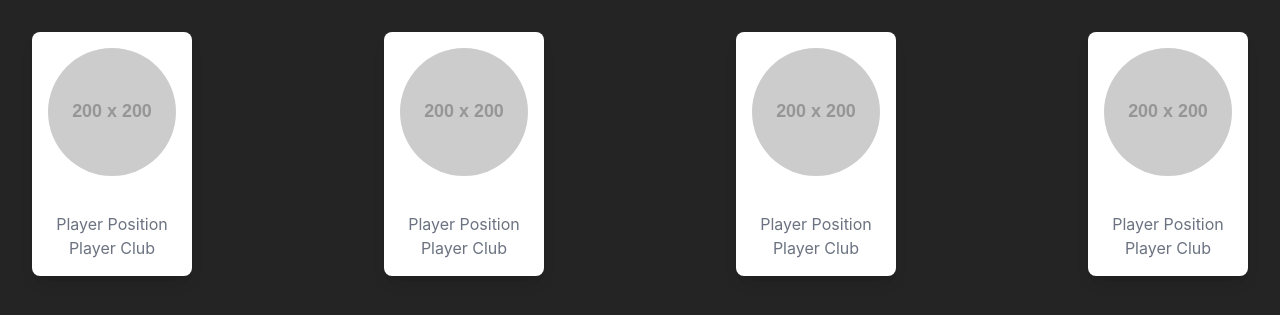
Repository: Hadra92i/movies-search-app
Page: /
These files come from the project's save history. The page is drawn as it stood at one moment and after a run of saves; the edit follows.
The browser window is 1280 px wide. The pictures show the whole page.
The project was rebuilt for these pictures with package versions that can differ from the ones it lists, and the page was loaded fresh each time. Also part of the build but not shown: vite.config.js.

Above is the page before, as saved 2023-11-01 11:57:43.

### index.html
<!doctype html>
<html lang="en">
  <head>
    <meta charset="UTF-8" />
    <link rel="icon" type="image/svg+xml" href="/vite.svg" />
    <meta name="viewport" content="width=device-width, initial-scale=1.0" />
    <title>Players SearchApp</title>
  </head>
  <body>
    <div id="root"></div>
    <script type="module" src="/src/main.jsx"></script>
  </body>
</html>

### src/main.jsx
import ReactDOM from 'react-dom/client'
import App from './App.jsx'
import './index.css'
import { Provider } from 'react-redux'
import { store } from './redux/store.js'

ReactDOM.createRoot(document.getElementById('root')).render(
  <Provider store={store}>
    <App />
  </Provider>,
)

### src/App.jsx

import './App.css'
import Players from './components/player/Players'

function App() {

  return (
    <>
      <Players/>
    </>
  )
}

export default App

### src/index.css
:root {
  font-family: Inter, system-ui, Avenir, Helvetica, Arial, sans-serif;
  line-height: 1.5;
  font-weight: 400;

  color-scheme: light dark;
  color: rgba(255, 255, 255, 0.87);
  background-color: #242424;

  font-synthesis: none;
  text-rendering: optimizeLegibility;
  -webkit-font-smoothing: antialiased;
  -moz-osx-font-smoothing: grayscale;
  -webkit-text-size-adjust: 100%;
}

@tailwind base;
@tailwind components;
@tailwind utilities;

### src/redux/store.js
import { configureStore } from "@reduxjs/toolkit";
import playerReducer from "./features/playerSlice";

export const store = configureStore({
    reducer: {
        player: playerReducer,
    },
    devTools: true,
});

### src/components/player/Players.jsx
// eslint-disable-next-line no-unused-vars
import React from "react";
import PlayerCard from "./PlayerCard";

const Players = () => {
    const players = [
        { name: "John", age: 25, cardPlayer: true, id: 1 },
        { name: "Jane", age: 30, cardPlayer: false, id: 2 },
        { name: "Bob", age: 20, cardPlayer: true, id: 3 },
        { name: "Mary", age: 27, cardPlayer: false, id: 4 }
    ];

    return (
        <div className="flex justify-between items-center">
             {
                players.map(player => {
                    return <PlayerCard
                    key={player.id}
                    name={player.name}
                    age={player.age}
                    />
                })
             }
        </div>
    );
}

export default Players;

### src/redux/features/playerSlice.js
import { createAsyncThunk, createSlice } from "@reduxjs/toolkit";
import PlayerService from "../../services/playerService";

const initialState = [];

export const getAllPlayers = createAsyncThunk(
    "players/getAllPlayers",
    async () => {
        const response = await PlayerService.getAllPlayers();
        return response.data;
    }
);

export const playerSlice = createSlice({
    name: "player",
    initialState,
    reducers: {},
    extraReducers: {
        [getAllPlayers.fulfilled]: (state, action) => {
            return [...action.payload];
        },
    },
});

export default playerSlice.reducer;

### src/components/player/PlayerCard.jsx
// eslint-disable-next-line no-unused-vars
import React from "react";

const PlayerCard = () => {
    return (
        <div className="bg-white rounded-lg shadow-lg p-4">
            <img
                className="w-32 h-32 rounded-full mx-auto"
                src="https://via.placeholder.com/200"
                alt="Player Avatar"
            />
            <div className="text-center mt-2">
                <h3 className="text-lg font-medium">Player Name</h3>
                <p className="text-gray-500">Player Position</p>
                <p className="text-gray-500">Player Club</p>
            </div>
        </div>
    );
};

export default PlayerCard;

### src/services/playerService.js
// eslint-disable-next-line no-unused-vars
import axiosObj from "../http-common";

const getAllPlayers = () => {
    return axiosObj.get("/players");
};

const PlayerService = {
    getAllPlayers,
};

export default PlayerService;

### src/http-common.js
import axios from "axios";

const API_KEY = "9d2758a612msh2661c98a1972a2cp155232jsn62f754d1238a";
const BASE_URL = "https://api-football-v1.p.rapidapi.com/v3";

const axiosObj = axios.create({
    baseURL: BASE_URL,
    headers: {
        "x-rapidapi-key": API_KEY,
        "x-rapidapi-host": "api-football-v1.p.rapidapi.com",
    },
});

export default axiosObj;

Loaded but not shown: src/App.css (common file); tailwind.config.js (common file)

After the next 4 saves:
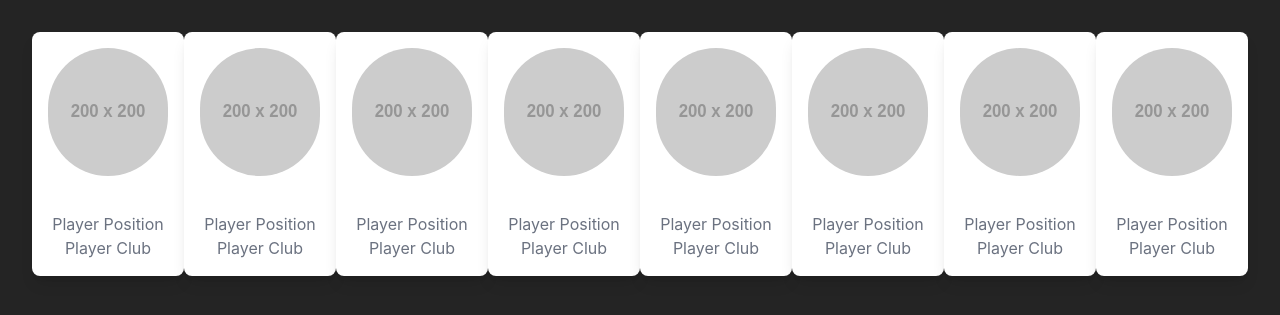
The 4 saves are shown as one change because 1 did not build or start and some came seconds apart.
The last was saved 21 s later.
--- a/src/components/player/Players.jsx
+++ b/src/components/player/Players.jsx
@@ -4,6 +4,10 @@ import PlayerCard from "./PlayerCard";
 
 const Players = () => {
     const players = [
+        { name: "John", age: 25, cardPlayer: true, id: 1 },
+        { name: "Jane", age: 30, cardPlayer: false, id: 2 },
+        { name: "Bob", age: 20, cardPlayer: true, id: 3 },
+        { name: "Mary", age: 27, cardPlayer: false, id: 4 },
         { name: "John", age: 25, cardPlayer: true, id: 1 },
         { name: "Jane", age: 30, cardPlayer: false, id: 2 },
         { name: "Bob", age: 20, cardPlayer: true, id: 3 },
